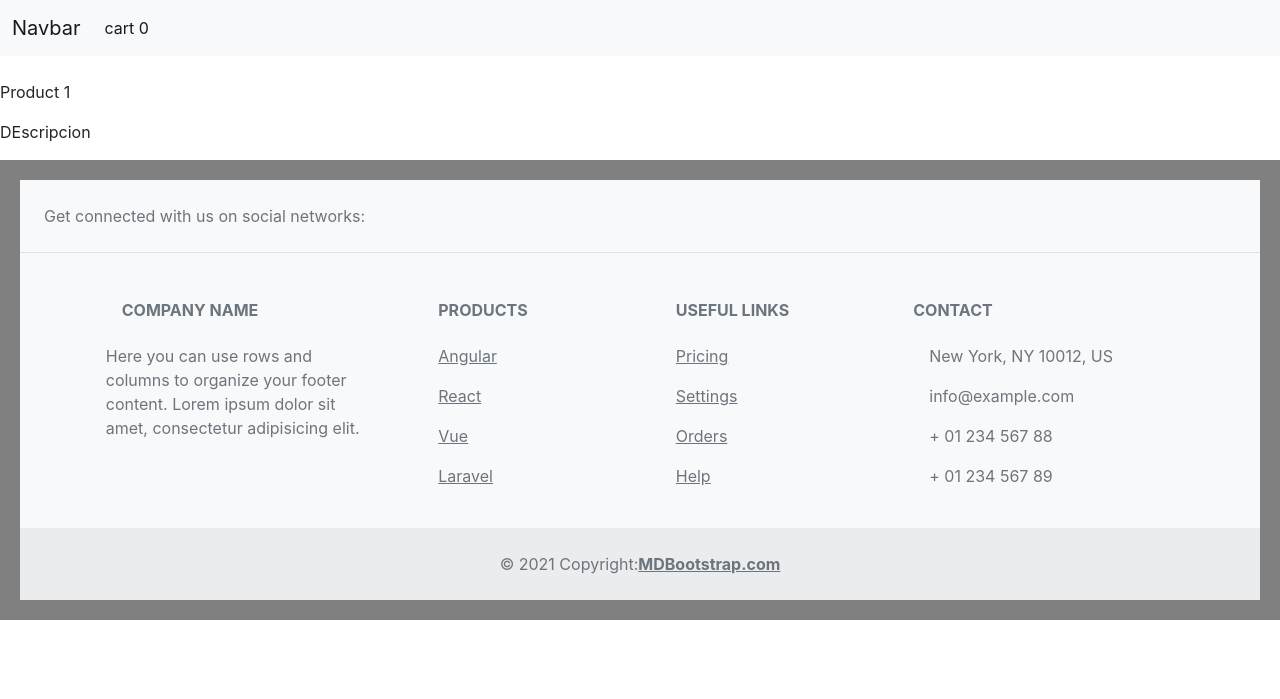
Repository: lausuarez02/eCommerceFull
Page: /#/Product (app in frontEnd/front/)
The author's editor kept a copy of each file at every save. The page is drawn from the files as they stood at one save, then again after a run of saves.
The browser window is 1280 px wide. The pictures show the whole page.
The project was rebuilt for these pictures with package versions that can differ from the ones it lists, and the page was loaded fresh each time. Also part of the build but not shown: frontEnd/front/src/App.css, frontEnd/front/src/components/HomeScreen.js, frontEnd/front/src/components/Card.js.

Above is the page before, as saved 2021-07-15 20:01:31.

After the next 2 saves:
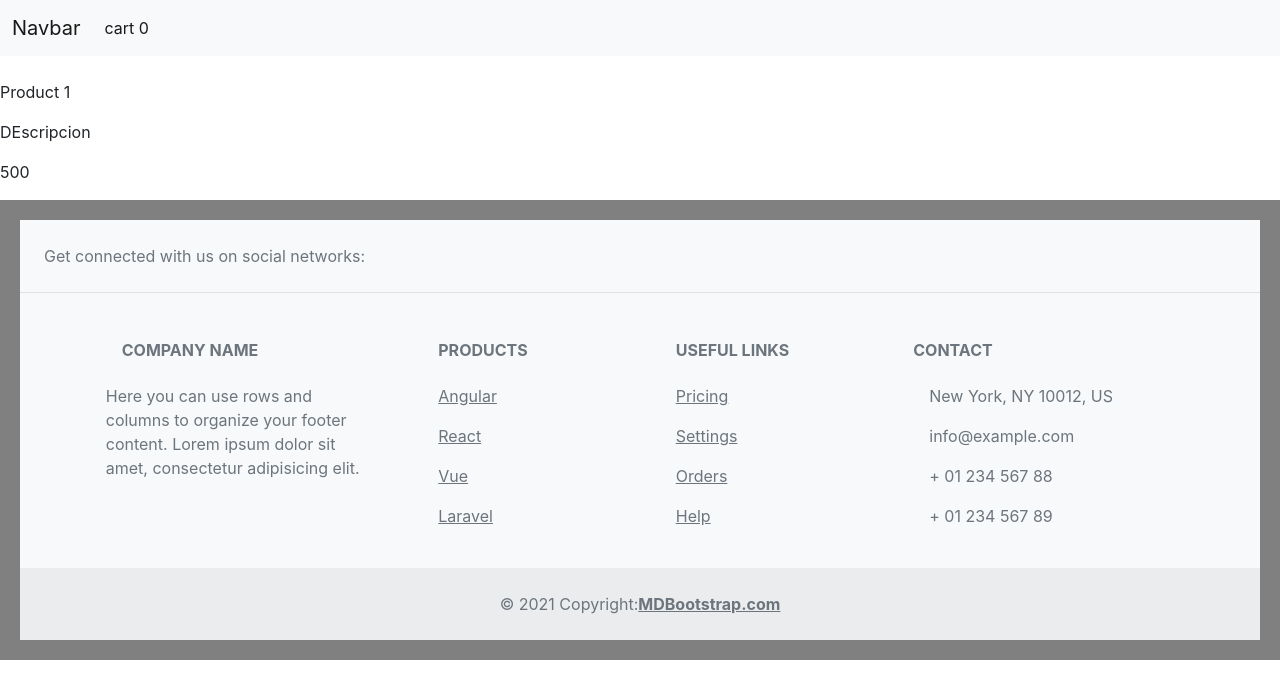
The 2 saves are shown as one change because they came seconds apart.
The last was saved 6 s later.
--- a/frontEnd/front/src/components/Product.js
+++ b/frontEnd/front/src/components/Product.js
@@ -9,6 +9,8 @@ const Product = () => {
                   <p>
                       DEscripcion
                   </p>
+
+                  <p>500</p>
               </div>
         </div>
     )
